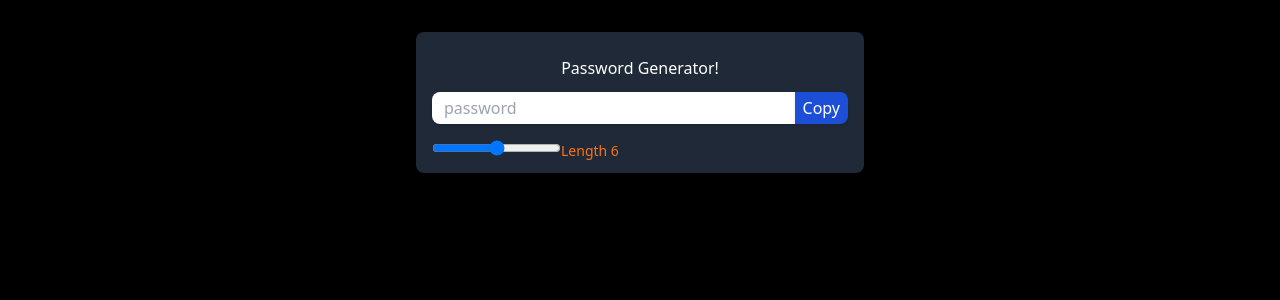
Repository: tirth2014/chai-aur-react
Page: / (app in 05_password-generator/)
These files come from the project's save history. The page is drawn as it stood at one moment and after the next save; the edit follows.
The browser window is 1280 px wide. The pictures show the whole page.
The project was rebuilt for these pictures with package versions that can differ from the ones it lists, and the page was loaded fresh each time. Also part of the build but not shown: 05_password-generator/vite.config.js.

Above is the page before, as saved 2023-10-07 16:54:09.

### 05_password-generator/src/App.jsx
import { useState } from 'react'

function App() {

  const [password, setPassword] = useState('');
  const [length, setLength] = useState(6);
  const [isNum, setIsNum] = useState(false);
  const [isSpecialChar, setisSpecialChar] = useState(false);



  return (
    <>
      <div className="w-full max-w-md mx-auto shadow-md rounded-lg px-4 py-3 my-8 bg-gray-800 text-orange-500">
        <h1 className='text-white text-center my-3'>Password Generator!</h1>
        <div className='flex shadow rounded-lg overflow-hidden mb-4'>
          <input
            type="text"
            value={password}
            placeholder='password'
            readOnly
            className='outline-none w-full py-1 px-3'
          />
          <button className='outline-none shadow bg-blue-700 text-white px-2 py-1 shrink-0'>Copy</button>
        </div>
        <div className='flex text-sm gap-x-2'>
          <div>
            <input
            type="range"
            name="passLength"
            id="passLength"
            onChange={(e) => setLength(e.currentTarget.value)}
            />
            <label htmlFor="passLength" >Length {length}</label>
          </div>

        </div>
      </div>
    </>
  )
}

export default App

Loaded but not shown: 05_password-generator/index.html (common file); 05_password-generator/src/main.jsx (common file); 05_password-generator/src/index.css (common file); 05_password-generator/tailwind.config.js (common file)

After the next save:
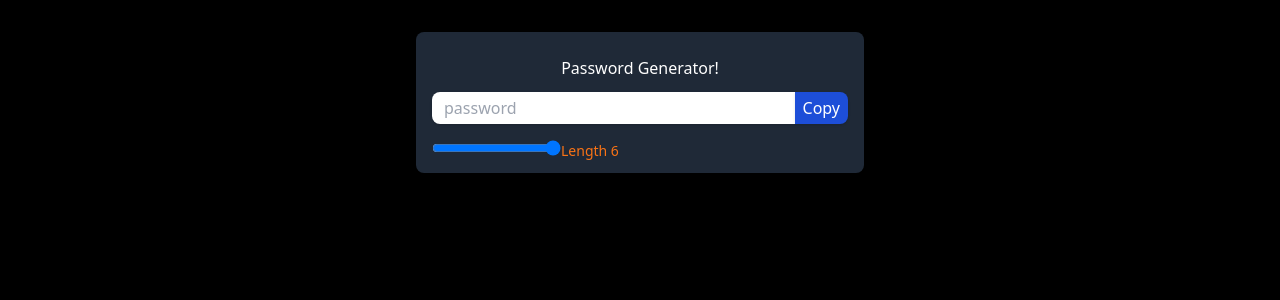
Saved 12 s later.
--- a/05_password-generator/src/App.jsx
+++ b/05_password-generator/src/App.jsx
@@ -29,6 +29,8 @@ function App() {
             type="range"
             name="passLength"
             id="passLength"
+            min={6}
+            max={15}
             onChange={(e) => setLength(e.currentTarget.value)}
             />
             <label htmlFor="passLength" >Length {length}</label>
